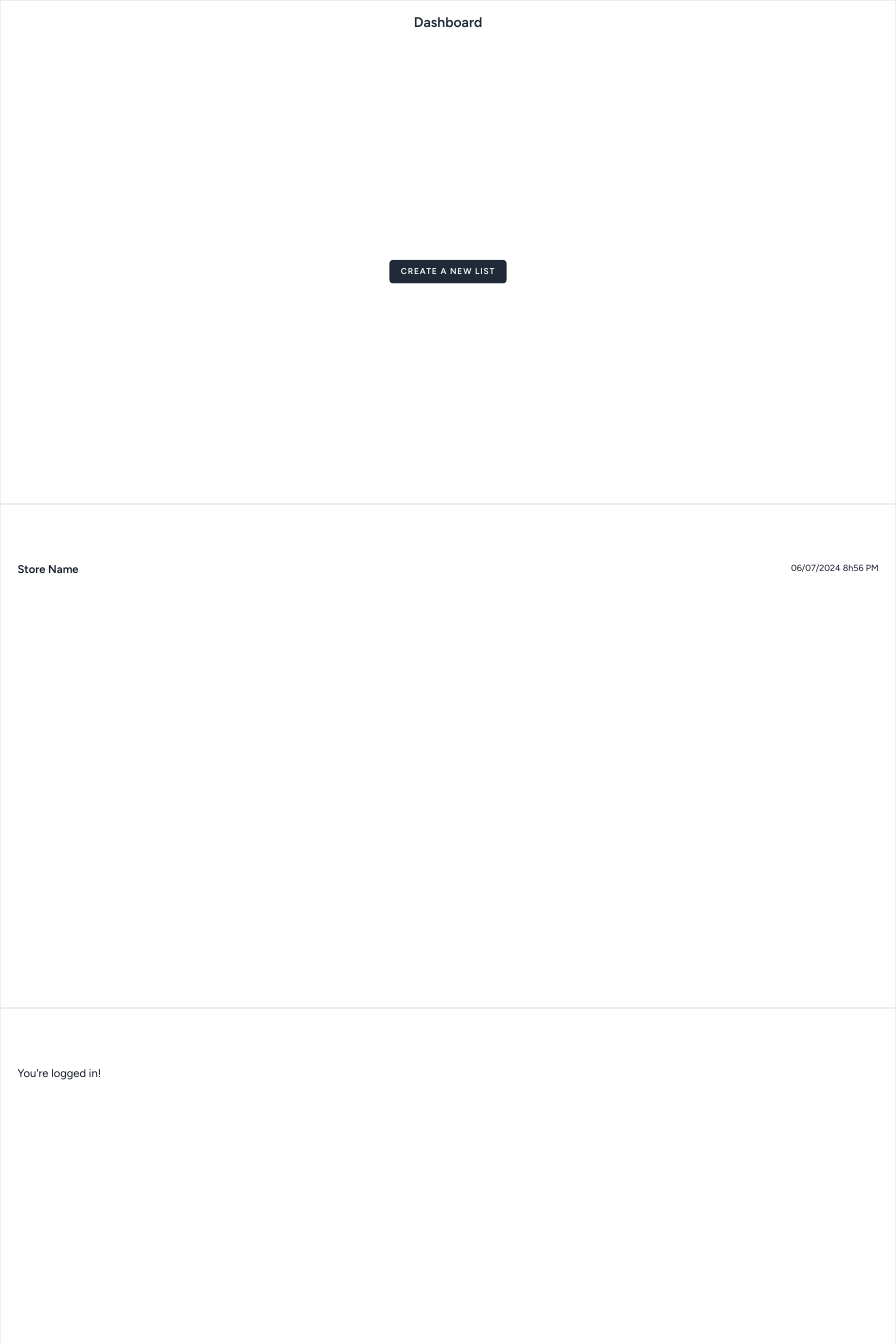
Repository: RudyAnconi/grocery
Page: resources/views/dashboard.blade.php
The author's editor kept a copy of each file at every save. The page is drawn from the files as they stood at one save, then again after the next save.
The browser window is 1280 px wide. The pictures show the part of the page from y = 0 to 1920 px (the page is 2880 px tall before and 720 px after), at 70% of full size.
The page is served by the project's Laravel application, run on PHP 8.4 with Laravel 12. Other server files are loaded and not shown. Style sheets and scripts are compiled from the project's sources, by tool versions that may differ from the author's. The template is opened directly, without the code that normally fills it, so the values that code supplies are empty.

Above is the page before, as saved 2024-06-07 21:16:27.

### resources/views/dashboard.blade.php
<x-mobile-layout>
    <x-slot name="header">
        <h2 class="font-semibold text-xl text-gray-800 leading-tight text-center p-5">
            {{ __('Dashboard') }}
        </h2>
    </x-slot>
    <article id="section-list"
        class="bg-white
     h-dvh snap-y snap-mandatory">
        <section class="p-6 text-gray-900 h-dvh pt-20 flex justify-center items-center snap-start border border-gray-200 ">
            <x-primary-button>{{ __('Create a new list') }}</x-primary-button>
        </section>
        <section class="p-6 text-gray-900 h-dvh pt-20 snap-start border border-gray-200">
            <div class="flex justify-between">
                <strong>{{ __('Store Name') }}</strong> <small>{{ __('06/07/2024 8h56 PM') }}</small>
            </div>
        </section>
        <section class="p-6 text-gray-900 h-dvh pt-20 snap-start border border-gray-200">
            {{ __("You're logged in!") }}
        </section>
        <section class="p-6 text-gray-900 h-dvh pt-20 snap-start border border-gray-200">
            {{ __("You're logged in!") }}
        </section>
    </article>
    </div>
</x-mobile-layout>

### app/View/Components/MobileLayout.php
<?php

namespace App\View\Components;

use Illuminate\View\Component;
use Illuminate\View\View;

class MobileLayout extends Component
{
    /**
     * Get the view / contents that represents the component.
     */
    public function render(): View
    {
        return view('layouts.mobile');
    }
}

### resources/views/layouts/mobile.blade.php
<!DOCTYPE html>
<html lang="{{ str_replace('_', '-', app()->getLocale()) }}">

<head>
    <meta charset="utf-8">
    <meta name="viewport" content="width=device-width, initial-scale=1">
    <meta name="csrf-token" content="{{ csrf_token() }}">

    <title>{{ config('app.name', 'Laravel') }}</title>

    <!-- Fonts -->
    <link rel="preconnect" href="https://fonts.bunny.net">
    <link href="https://fonts.bunny.net/css?family=figtree:400,500,600&display=swap" rel="stylesheet" />

    <!-- Scripts -->
    @vite(['resources/css/app.css', 'resources/js/app.js'])
</head>

<body class="font-sans antialiased">
    <livewire:layout.navigation />
    <!-- Page Heading -->
    @if (isset($header))
        <header class="bg-transparent fixed inset-0">
            {{ $header }}
        </header>
    @endif
    <!-- Page Content -->
    {{ $slot }}
</body>

</html>

Loaded but not shown: routes/web.php (common file); routes/auth.php (common file); app/Http/Controllers/Auth/VerifyEmailController.php (common file); app/Http/Controllers/Controller.php (common file); resources/views/components/primary-button.blade.php (common file); resources/css/app.css (common file); tailwind.config.js (common file)

After the next save:
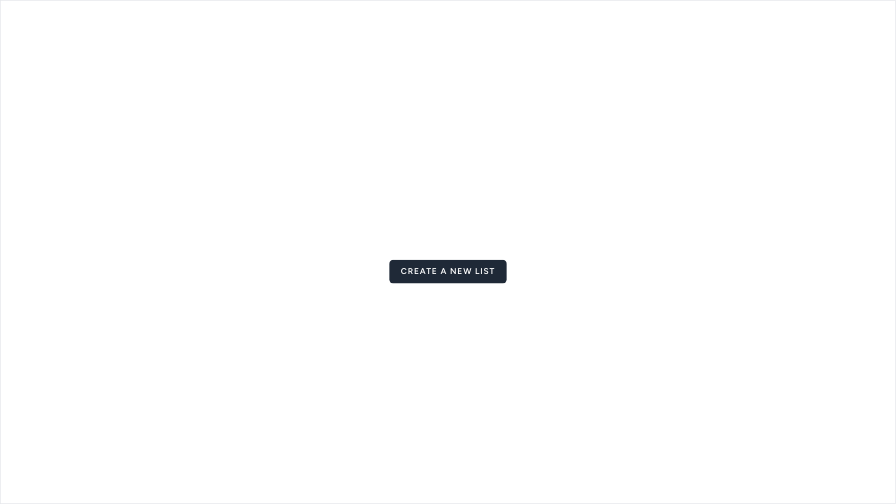
Saved 48 s later.
--- a/resources/views/dashboard.blade.php
+++ b/resources/views/dashboard.blade.php
@@ -6,7 +6,7 @@
     </x-slot>
     <article id="section-list"
         class="bg-white
-     h-dvh snap-y snap-mandatory">
+     fixed inset-0 snap-y snap-mandatory">
         <section class="p-6 text-gray-900 h-dvh pt-20 flex justify-center items-center snap-start border border-gray-200 ">
             <x-primary-button>{{ __('Create a new list') }}</x-primary-button>
         </section>
